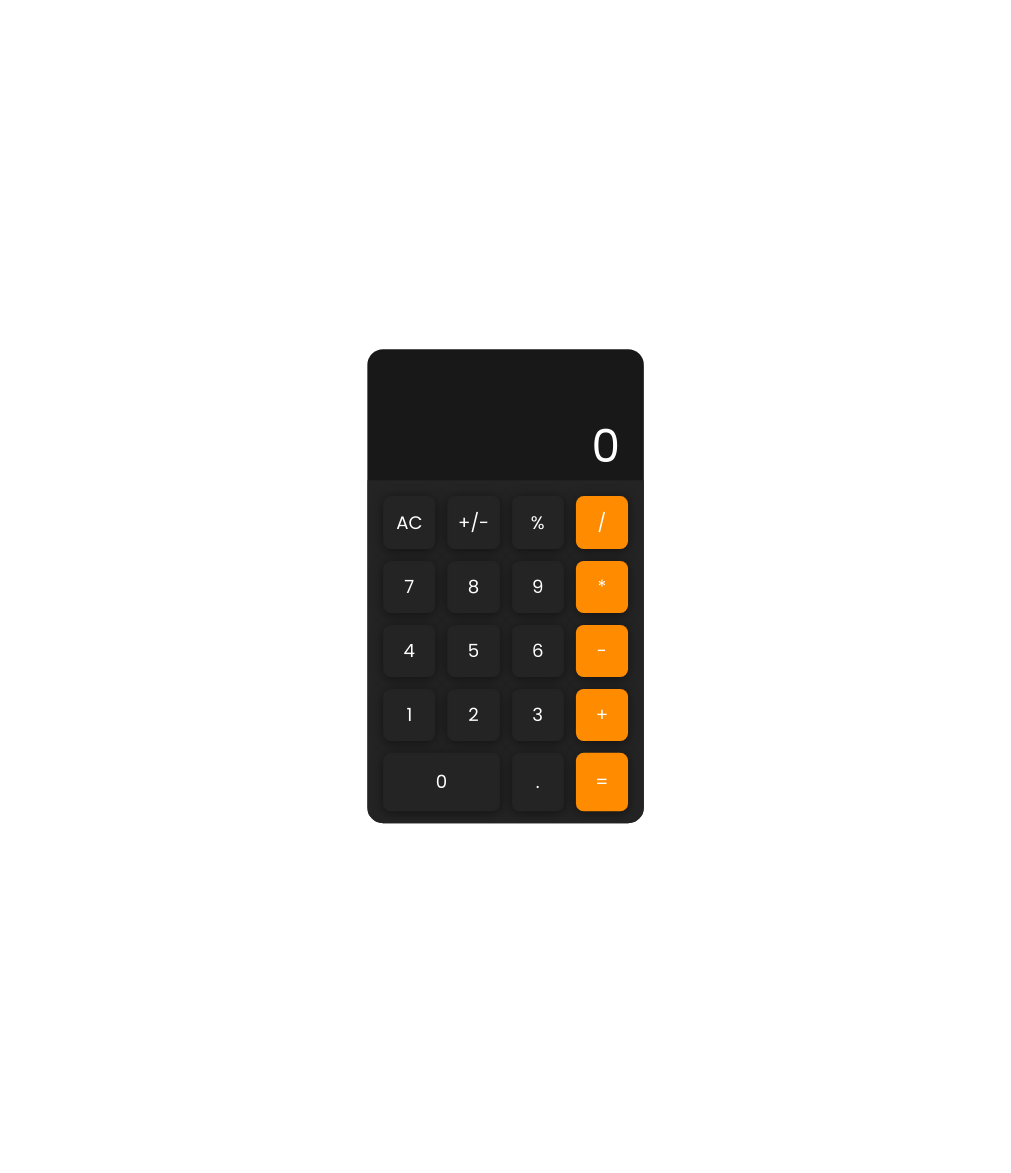
Repository: minhtien9/Calculator
Page: /
An editor plug-in stored every save of this project. The page is shown before and after the next save, followed by the edit.
The browser window is 1280 px wide. The pictures show the whole page, at 79% of full size.
The project was rebuilt for these pictures with package versions that can differ from the ones it lists, and the page was loaded fresh each time. Also part of the build but not shown: src/App.css.

Above is the page before, as saved 2022-07-21 19:16:44.

### src/index.js
import React from "react";
import ReactDOM from "react-dom/client";
import App from "./App";

const root = ReactDOM.createRoot(document.getElementById("root"));
root.render(
    <React.StrictMode>
        <App />
    </React.StrictMode>
);

// If you want to start measuring performance in your app, pass a function
// to log results (for example: reportWebVitals(console.log))
// or send to an analytics endpoint. Learn more: https://bit.ly/CRA-vitals

### src/App.js
import "./App.css";
import Caculator from "./Components/Caculator";

function App() {
    return (
        <div className='App'>
            <Caculator />
        </div>
    );
}

export default App;

### src/Components/Caculator.jsx
import React from "react";
import "./Caculator.scss";

const Caculator = () => {
    return (
        <div className='caculator'>
            <section className='monitor'>
                <p className='out-put'>0</p>
            </section>

            <section className='keyboard'>
                <div className='keyboard-row'>
                    <button className='one-block'>AC</button>
                    <button className='one-block'> +/- </button>
                    <button className='one-block'> % </button>
                    <button className='one-block orange'>/</button>
                </div>

                <div className='keyboard-row'>
                    <button className='one-block'>7</button>
                    <button className='one-block'>8</button>
                    <button className='one-block'>9</button>
                    <button className='one-block orange'>*</button>
                </div>

                <div className='keyboard-row'>
                    <button className='one-block'>4</button>
                    <button className='one-block'>5</button>
                    <button className='one-block'>6</button>
                    <button className='one-block orange'>-</button>
                </div>

                <div className='keyboard-row'>
                    <button className='one-block'>1</button>
                    <button className='one-block'>2</button>
                    <button className='one-block'>3</button>
                    <button className='one-block orange'>+</button>
                </div>

                <div className='keyboard-row'>
                    <button className='two-block'>0</button>
                    <button className='one-block'> .</button>
                    <button className='one-block orange'> =</button>
                </div>
            </section>
        </div>
    );
};

export default Caculator;

### src/Components/Caculator.scss
@import url("https://fonts.googleapis.com/css2?family=Poppins:ital,wght@0,100;0,200;0,300;0,400;0,500;0,600;0,700;0,800;0,900;1,100;1,200;1,300;1,400;1,500;1,600;1,700;1,800;1,900&display=swap");

* {
    font-family: "Poppins";
    font-size: 23px;
    color: white;
}

button {
    border: none;
    background: none;
    cursor: pointer;
    border-radius: 10px;
    box-shadow: 0 2px 15px 0 rgba(0, 0, 0, 0.5);
}

.orange {
    background: darkorange;
    color: white;
}

.caculator {
    width: 350px;
    height: 600px;
    margin: 35% auto;
    background-color: rgb(24, 24, 24);
    display: flex;
    flex-direction: column;
    border-radius: 20px;
    overflow: hidden;
}

.monitor {
    .out-put {
        margin: 80px 30px 0px;
        font-size: 2.5rem;
        text-align: right;
    }
}

.keyboard {
    display: flex;
    flex-direction: column;
    background: rgb(36, 36, 36);
    gap: 15px;
    padding: 20px;
}

.keyboard-row {
    display: flex;
    gap: 15px;
    .one-block {
        width: 25%;
        aspect-ratio: 1/1;
    }

    .two-block {
        width: calc(50% - -21px);
        aspect-ratio: 2/1;
    }
}

Loaded but not shown: public/index.html (common file)

After the next save:
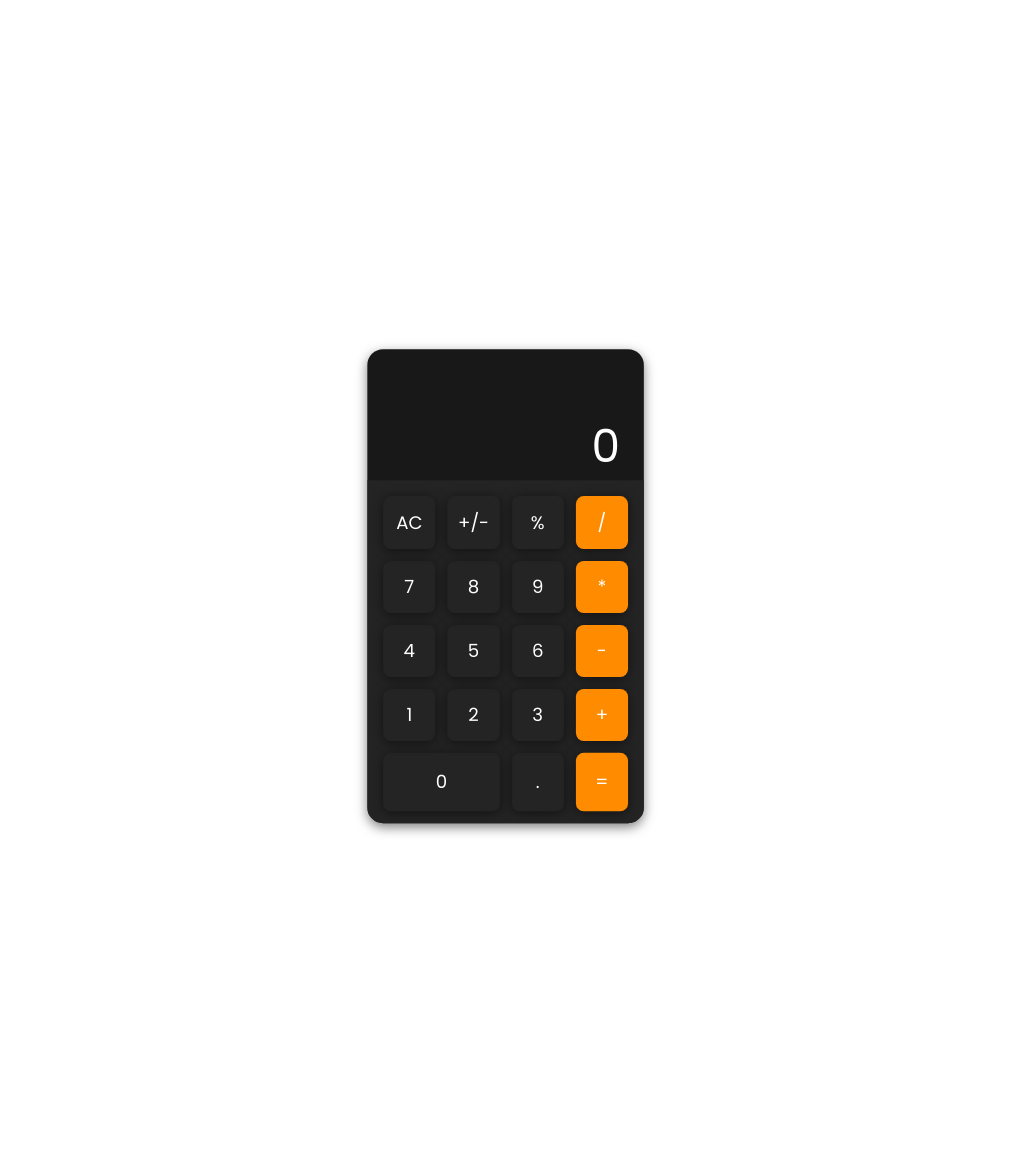
Saved 64 s later.
--- a/src/Components/Caculator.scss
+++ b/src/Components/Caculator.scss
@@ -28,6 +28,7 @@ button {
     flex-direction: column;
     border-radius: 20px;
     overflow: hidden;
+    box-shadow: 0px 5px 15px 0px rgba(0, 0, 0, 0.5);
 }
 
 .monitor {
